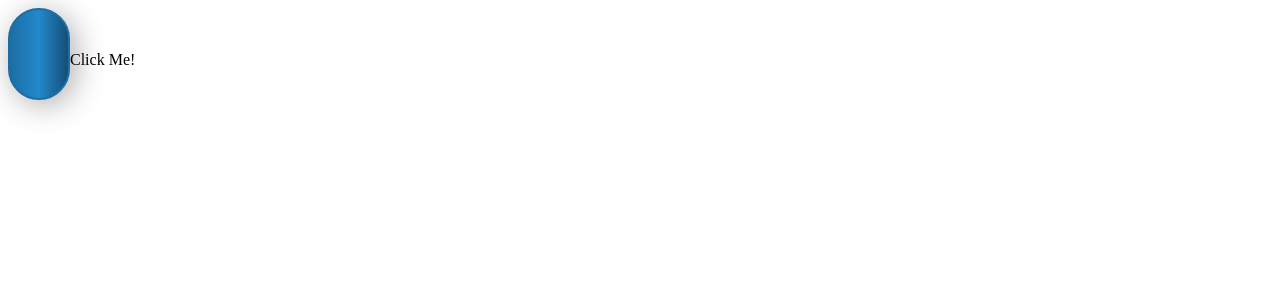
Repository: Jok98/CentriVaccinaliWebApp
Page: http://localhost/CentriVaccinaliOperatori/
The author's editor kept a copy of each file at every save. The page is drawn from the files as they stood at one save, then again after the next save.
The browser window is 1280 px wide. The pictures show the whole page.
The page is served by Tomcat 9.

Above is the page before, as saved 2022-09-24 13:05:51.

### CentriVaccinaliOperatori/src/main/webapp/index.jsp
<%@ page language="java" contentType="text/html; charset=ISO-8859-1"
    pageEncoding="ISO-8859-1"%>
<!DOCTYPE html>
<html>
<head>
<meta charset="ISO-8859-1">
<link rel="stylesheet" href="operatori.css">
<title>Operatori Centri Vaccinali</title>
</head>
<body>
<input type="button">Click Me!</input>
</body>
</html>

### CentriVaccinaliOperatori/src/main/webapp/operatori.css
@charset "ISO-8859-1";
input[type="button"], input[type="submit"] {
color: rgb(255, 255, 255); font-size: 30px; line-height: 30px; padding: 29px; border-radius: 50px; font-family: Georgia, serif; font-weight: normal; text-decoration: none; font-style: normal; font-variant: normal; text-transform: none; background-image: linear-gradient(to right, rgb(28, 110, 164) 0%, rgb(35, 136, 203) 50%, rgb(20, 78, 117) 100%); box-shadow: rgba(0, 0, 0, 0.32) 5px 5px 31px 0px; border: 2px solid rgb(28, 110, 164); display: inline-block;}
.myButton:hover {
background: #1C6EA4; }
.myButton:active {
background: #144E75; }

After the next save:
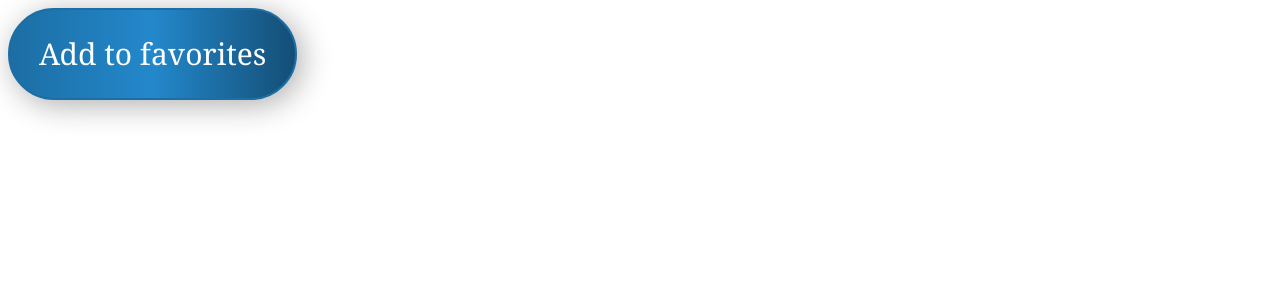
Saved 57 s later.
--- a/CentriVaccinaliOperatori/src/main/webapp/index.jsp
+++ b/CentriVaccinaliOperatori/src/main/webapp/index.jsp
@@ -8,6 +8,6 @@
 <title>Operatori Centri Vaccinali</title>
 </head>
 <body>
-<input type="button">Click Me!</input>
+<input type="button" value="Add to favorites">
 </body>
 </html>
